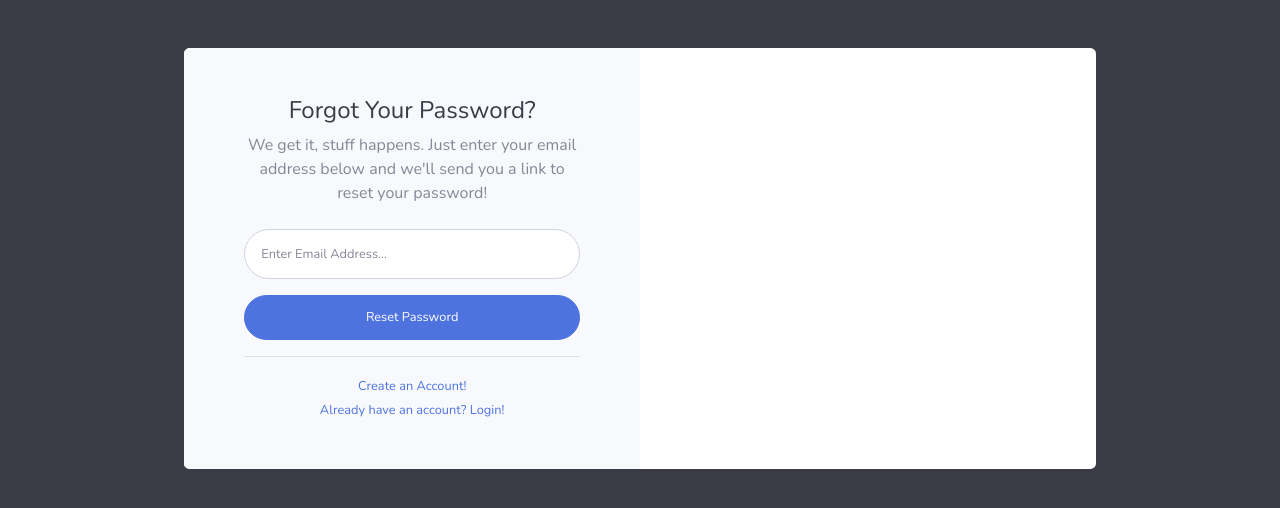
Repository: TuanLe8899/SpringBootProject
Page: http://localhost/forgot-password
An editor plug-in stored every save of this project. The page is shown before and after the next save, followed by the edit.
The browser window is 1280 px wide. The pictures show the whole page.
The page is this project's Thymeleaf template; nobody is signed in. Other server files are loaded and not shown. The template is opened directly, without the code that normally fills it, so the values that code supplies are empty.

Above is the page before, as saved 2022-08-25 07:37:23.

### complaint_management/src/main/resources/templates/forgot-password.html
<!DOCTYPE html>
<html lang="en" xmlns="http://www.w3.org/1999/xhtml" xmlns:th="http://www.thymeleaf.org"
    xmlns:sec="http://www.thymeleaf.org" xmlns:layout="http://www.ultraq.net.nz/thymeleaf/layout">

<head>

    <meta charset="utf-8">
    <meta http-equiv="X-UA-Compatible" content="IE=edge">
    <meta name="viewport" content="width=device-width, initial-scale=1, shrink-to-fit=no">
    <meta name="description" content="">
    <meta name="author" content="">

    <title>forgot Password</title>

    <!-- Custom fonts for this template-->
    <link th:href="@{/vendor/fontawesome-free/css/all.min.css}" rel="stylesheet" type="text/css">
    <link
        href="https://fonts.googleapis.com/css?family=Nunito:200,200i,300,300i,400,400i,600,600i,700,700i,800,800i,900,900i"
        rel="stylesheet">

    <!-- Custom styles for this template-->
    <link th:href="@{/css/sb-admin-2.min.css}" rel="stylesheet">

</head>

<body class="bg-gray-900">

    <div class="container">

        <!-- Outer Row -->
        <div class="row justify-content-center">

                <div class="card o-hidden border-0 my-5">
                    <div class="card-body p-0">
                        <!-- Nested Row within Card Body -->
                            <div class="col-6 bg-gray-100">
                                <div class="p-5">
                                    <div class="text-center">
                                        <h1 class="h4 text-gray-900 mb-2">Forgot Your Password?</h1>
                                        <p class="mb-4">We get it, stuff happens. Just enter your email address below
                                            and we'll send you a link to reset your password!</p>
                                    </div>
                                    <form class="user">
                                        <div class="form-group">
                                            <input type="email" class="form-control form-control-user"
                                                id="exampleInputEmail" aria-describedby="emailHelp"
                                                placeholder="Enter Email Address...">
                                        </div>
                                        <a href="login.html" class="btn btn-primary btn-user btn-block">
                                            Reset Password
                                        </a>
                                    </form>
                                    <hr>
                                    <div class="text-center">
                                        <a class="small" th:href="@{/register}">Create an Account!</a>
                                    </div>
                                    <div class="text-center">
                                        <a class="small" th:href="@{/login}">Already have an account? Login!</a>
                                    </div>
                                </div>
                            </div>
                    </div>
                </div>

        </div>

    </div>

    <!-- Bootstrap core JavaScript-->
    <script th:src="@{/vendor/jquery/jquery.min.js}"></script>
    <script th:src="@{/vendor/bootstrap/js/bootstrap.bundle.min.js}"></script>

    <!-- Core plugin JavaScript-->
    <script th:src="@{/vendor/jquery-easing/jquery.easing.min.js}"></script>

    <!-- Custom scripts for all pages-->
    <script th:src="@{/js/sb-admin-2.min.js}"></script>

</body>

</html>

Loaded but not shown: complaint_management/src/main/resources/static/css/sb-admin-2.min.css (library); complaint_management/src/main/resources/static/js/sb-admin-2.min.js (common file)

After the next save:
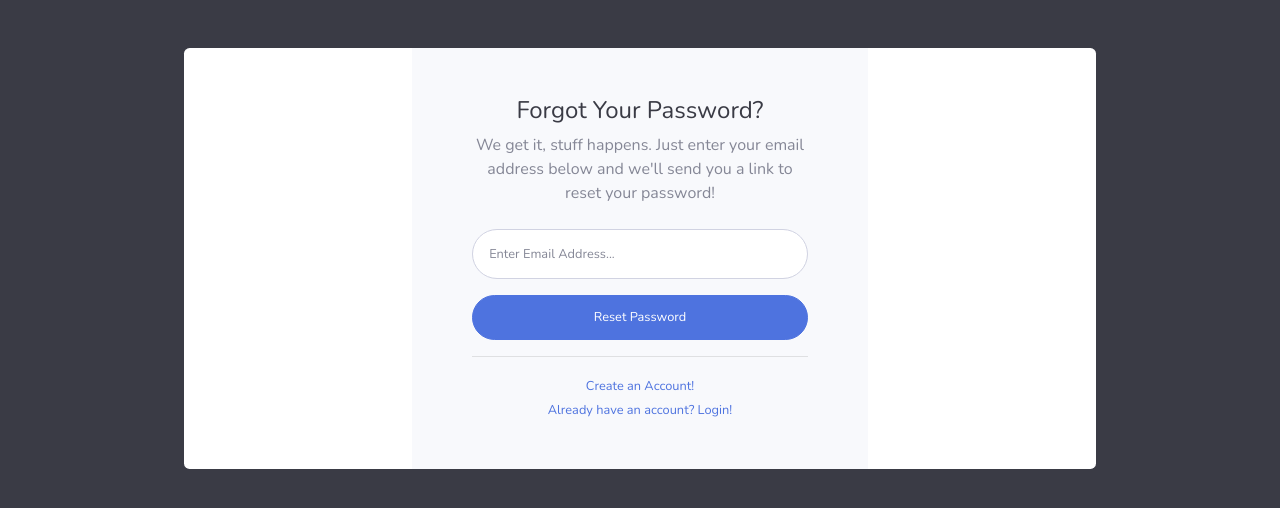
Saved 10 s later.
--- a/complaint_management/src/main/resources/templates/forgot-password.html
+++ b/complaint_management/src/main/resources/templates/forgot-password.html
@@ -31,7 +31,7 @@
         <div class="row justify-content-center">
 
                 <div class="card o-hidden border-0 my-5">
-                    <div class="card-body p-0">
+                    <div class="card-body p-0 d-flex justify-content-center">
                         <!-- Nested Row within Card Body -->
                             <div class="col-6 bg-gray-100">
                                 <div class="p-5">
